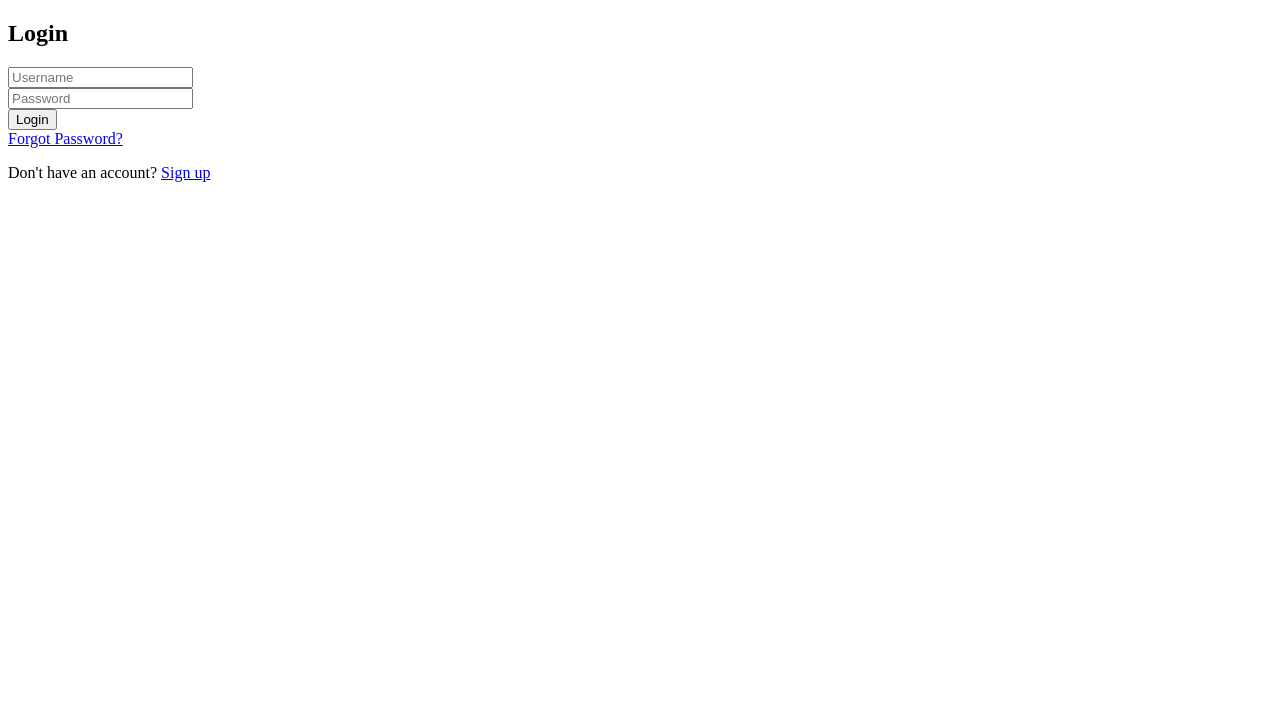
Repository: 2025silverx/slivedrX
Page: login.html
The author's editor kept a copy of each file at every save. The page is drawn from the files as they stood at one save, then again after the next save.
The browser window is 1280 px wide. The pictures show the whole page.

Above is the page before, as saved 2025-01-05 02:36:41.
Not found: styles.css

After the next save:
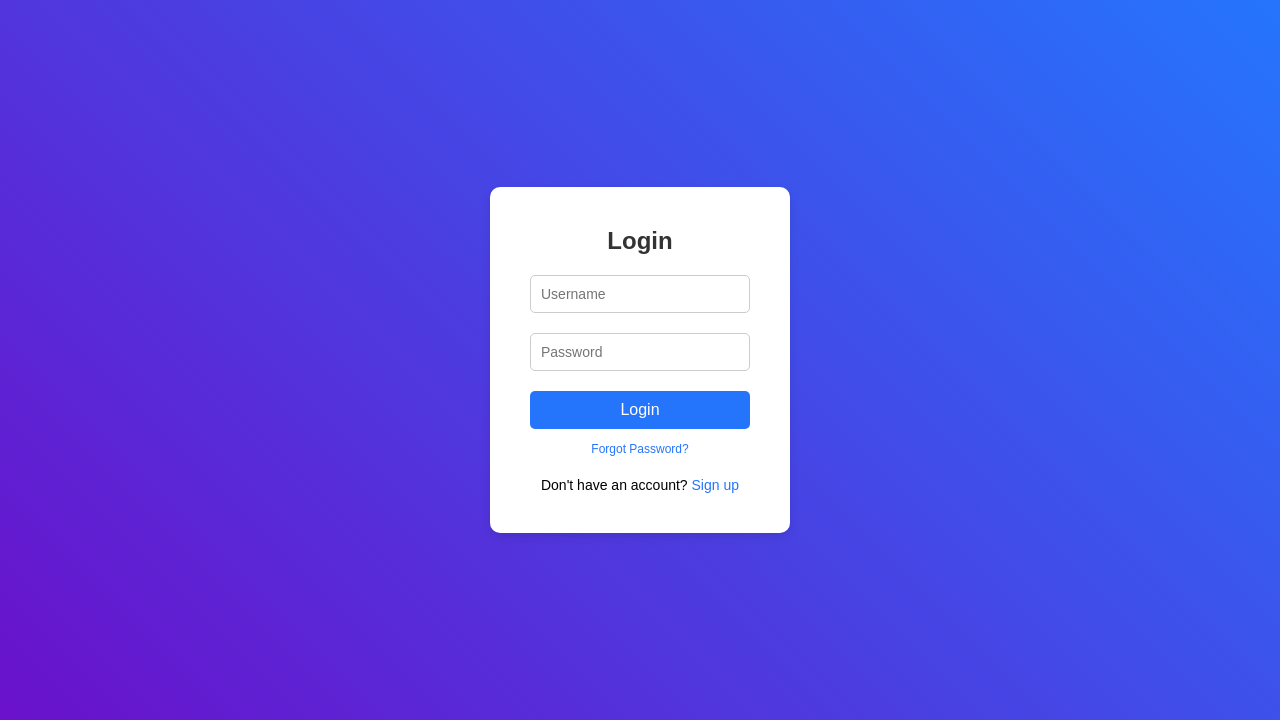
Saved 11 s later.
--- a/login.html
+++ b/login.html
@@ -4,7 +4,7 @@
     <meta charset="UTF-8">
     <meta name="viewport" content="width=device-width, initial-scale=1.0">
     <title>Login Panel</title>
-    <link rel="stylesheet" href="styles.css">
+    <link rel="stylesheet" href="login.css">
 </head>
 <body>
     <div class="login-container">
